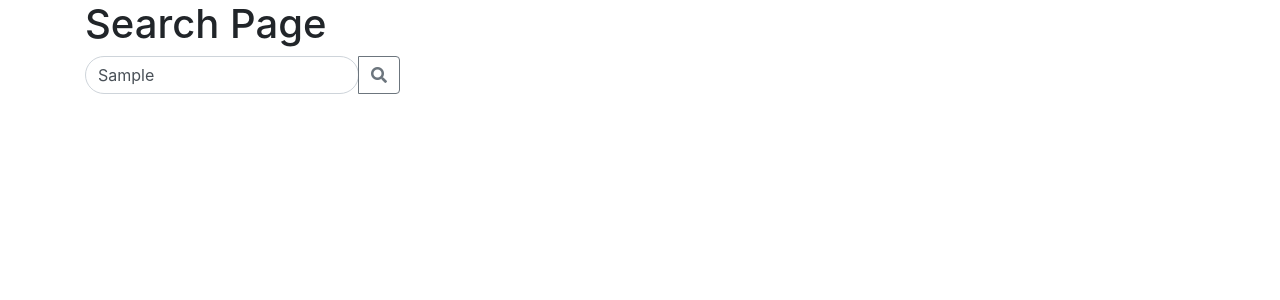
Repository: roistyx/ask-ChatGBT-travel-recommendations
Page: Backend/src/views/index.html
The author's editor kept a copy of each file at every save. The page is drawn from the files as they stood at one save, then again after the next save.
The browser window is 1280 px wide. The pictures show the whole page.
Empty fields were first filled with sample values (such as "Sample", 5 or name@example.com).
After loading, the first visible `#search-bar` was changed once.

Above is the page before, as saved 2023-03-19 11:21:14.
Console error: ReferenceError: filteredResults is not defined

After the next save:
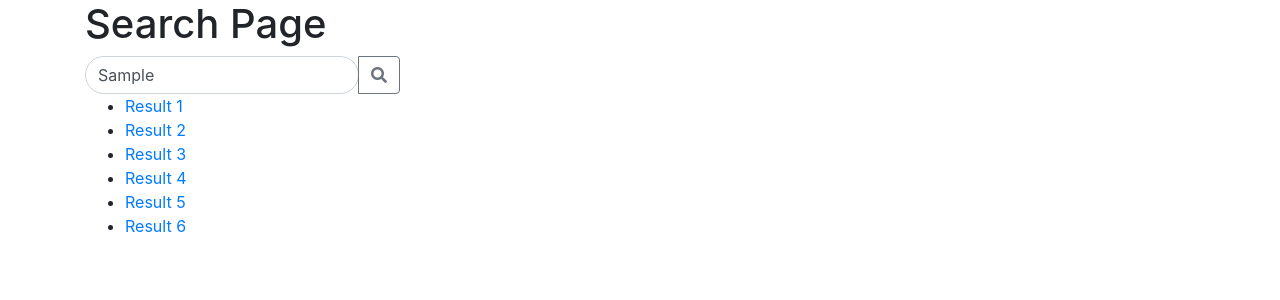
Console error: ReferenceError: query is not defined
Saved 25 s later.
--- a/Backend/src/views/index.html
+++ b/Backend/src/views/index.html
@@ -61,12 +61,14 @@
         searchBar.addEventListener('keyup', (e) => {
             const searchString = e.target.value.toLowerCase();
 
+            search(query)
 
 
-            searchResults.innerHTML = '';
-            filteredResults.forEach((result) => {
-                searchResults.appendChild(result);
-            });
+
+            // searchResults.innerHTML = '';
+            // filteredResults.forEach((result) => {
+            //     searchResults.appendChild(result);
+            // });
         });
     </script>
 </body>
